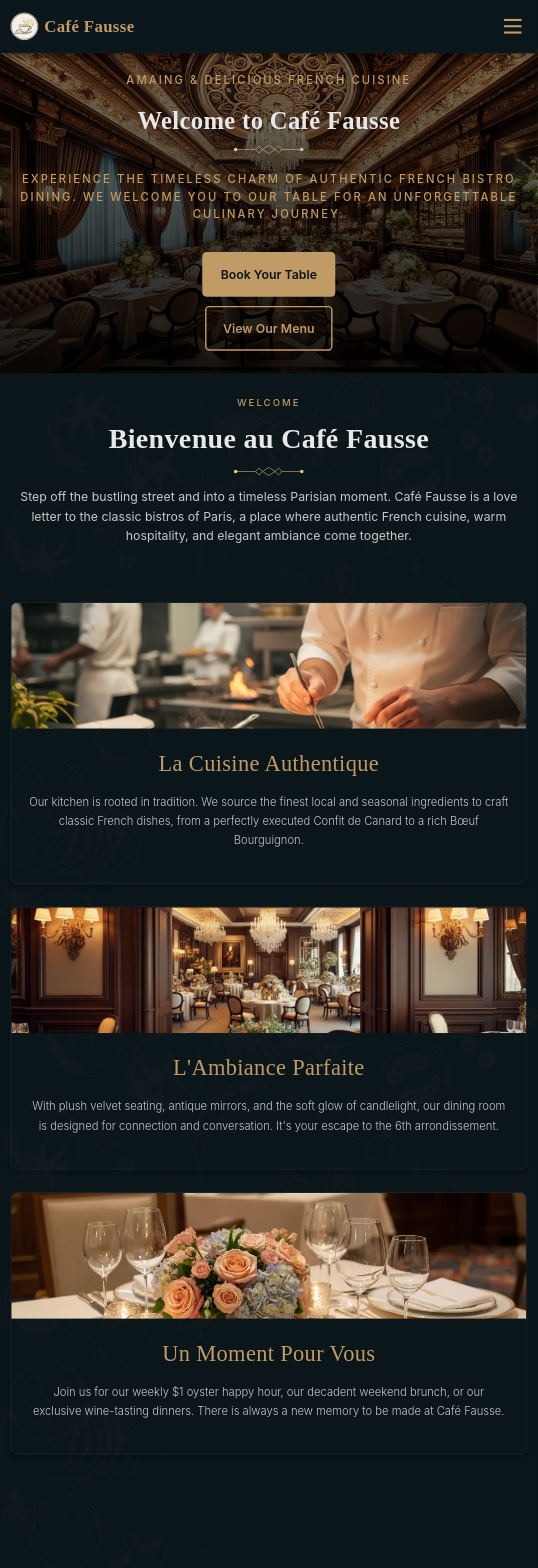
Repository: MatVanDenArt/MSSE-Cafe-Fausse
Page: / (app in frontend/)
These files come from the project's save history. The page is drawn as it stood at one moment and after the next save; the edit follows.
The browser window is 768 px wide. The pictures show the part of the page from y = 0 to 2240 px (the page is 4532 px tall before and 4548 px after), at 70% of full size.
Backgrounds fixed to the window are drawn as part of the page. The project was rebuilt for these pictures with package versions that can differ from the ones it lists, and the page was loaded fresh each time. Also part of the build but not shown: frontend/src/pages/Menu.js, frontend/src/pages/Reservations.css, frontend/src/pages/Reservations.js, frontend/src/pages/About.js, frontend/src/pages/Gallery.js.

Above is the page before, as saved 2025-11-05 18:09:23.

After the next save:
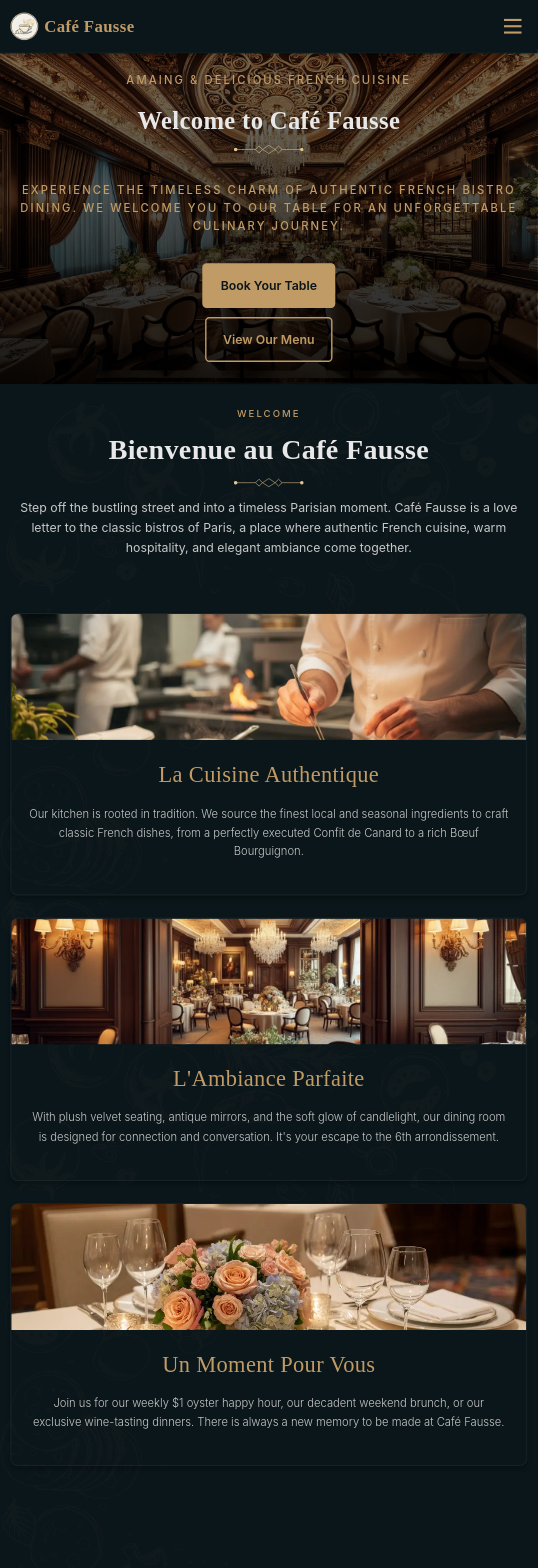
Saved 7 s later.
--- a/frontend/src/pages/Home.css
+++ b/frontend/src/pages/Home.css
@@ -75,6 +75,14 @@
   color: #c19b66;
 }
 
+.hero-description {
+  font-size: 1.1rem;
+  line-height: 1.8;
+  color: #c8c8c8;
+  font-weight: 300;
+  margin-top: 1rem;
+}
+
 .hero-buttons {
   display: flex;
   gap: 1rem;
@@ -305,6 +313,12 @@
     padding: 0 1rem;
   }
 
+  .hero-description {
+    font-size: 0.95rem;
+    line-height: 1.6;
+    padding: 0 1rem;
+  }
+
   .hero-buttons {
     flex-direction: column;
     align-items: center;
